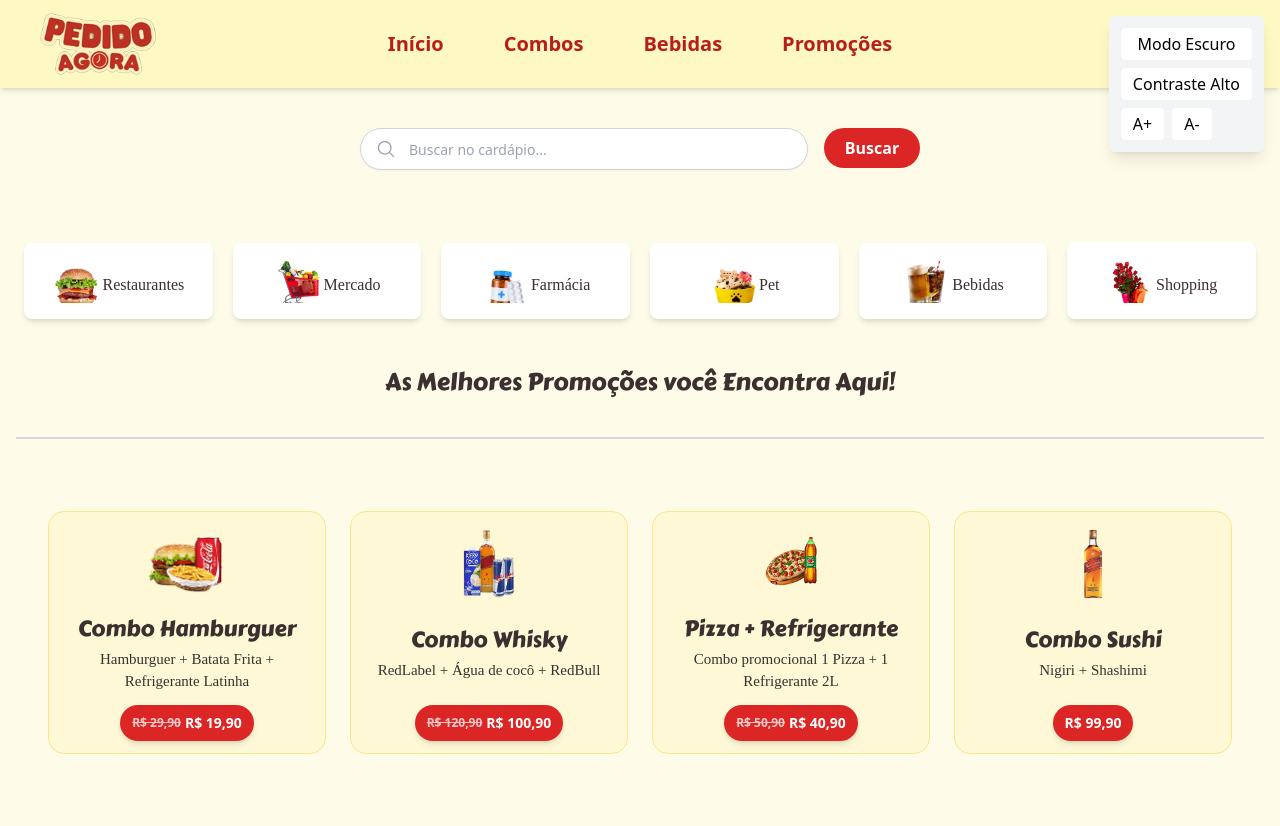
Repository: edufilhocruz/pedidoagora
Page: /pagePromocoes
The author's editor kept a copy of each file at every save. The page is drawn from the files as they stood at one save, then again after a run of saves.
The browser window is 1280 px wide. The pictures show the whole page.
Some web fonts or font styles are not loaded; a fallback is used. The project was rebuilt for these pictures with package versions that can differ from the ones it lists, and the page was loaded fresh each time. The framework's server and built-in components were replaced by stand-ins that run in the browser. Also part of the build but not shown: next.config.mjs, src/components/CardsRestaurantes.jsx.

Above is the page before, as saved 2025-06-21 20:56:43.

### src/app/layout.jsx
import "../app/globals.css";
import ThemeAndAccessibility from "../components/ThemeAndAccessibility";

export const metadata = {
  title: "Pedido Agora",
  description: "Faça seu pedido agora!",
};

export default function RootLayout({ children }) {
  return (
    <html lang="pt-BR" suppressHydrationWarning>
      <head>
        <link
          href="https://fonts.googleapis.com/css2?family=Quicksand:wght@400&family=Carter+One&family=RocknRoll+One&family=Paytone+One&family=Inter:wght@400;700&display=swap"
          rel="stylesheet"
        />
      </head>
      <body className="antialiased bg-yellow-50 text-black dark:bg-gray-900 dark:text-white">
        <ThemeAndAccessibility />
        {children}
      </body>
    </html>
  );
}

### src/app/pagePromocoes/page.jsx
'use client';

import PagePromocoes from '../../components/PagePromocoes/PagePromocoes';
import Header from '../../components/Header';

export default function pagePromocoes(){
    return(
        <main>
            <Header/>
            <PagePromocoes/>
        </main>
    )
}

### src/app/globals.css
@import url("https://fonts.googleapis.com/css2?family=Carter+One&family=Inter:wght@500&family=Lisu+Bosa&family=Paytone+One&family=Quicksand:wght@400;500&family=RocknRoll_One&family=Roboto:wght@500;600&family=Squada+One&display=swap");

@tailwind base;
@tailwind components;
@tailwind utilities;

body {
  margin: 0;
  padding: 0;
}

.login {
  background-image: url("/images/background-pattern.png");
  background-repeat: repeat;
  background-color: #eedd97;
  transition: background-color 0.3s, color 0.3s;
}
.cadastroform {
  background-image: url("/images/background-pattern.png");
  background-repeat: repeat;
  background-color: #eedd97;
  transition: background-color 0.3s, color 0.3s;
}
.space-y-50 > * + * {
  margin-top: 50px;
}

/* Outras personalizações, se necessário */
.focus\:outline-none:focus {
  outline: 2px solid transparent;
}

input[type="range"] {
  -webkit-appearance: none;
  appearance: none;
  height: 12px;
  border-radius: 6px;
  outline: none;
}

input[type="range"]::-webkit-slider-thumb {
  -webkit-appearance: none;
  appearance: none;
  width: 36.48px;
  height: 40.54px;
  background: #ef2a39;
  border: 3px solid #ffffff;
  box-shadow: 0px 2px 25px rgba(255, 153, 0, 0.25);
  border-radius: 4px;
  cursor: pointer;
}

input[type="range"]::-moz-range-thumb {
  width: 36.48px;
  height: 40.54px;
  background: #ef2a39;
  border: 3px solid #ffffff;
  box-shadow: 0px 2px 25px rgba(255, 153, 0, 0.25);
  border-radius: 4px;
  cursor: pointer;
}

.no-scrollbar::-webkit-scrollbar {
  display: none;
}

.no-scrollbar {
  -ms-overflow-style: none;
  scrollbar-width: none;
}

### src/components/ThemeAndAccessibility.jsx
'use client';

import { useEffect, useState } from 'react';

export default function ThemeAndAccessibility() {
  const [isDarkMode, setIsDarkMode] = useState(false);
  const [highContrast, setHighContrast] = useState(false);
  const [fontSize, setFontSize] = useState(100); // em %

  const toggleDarkMode = () => {
    const newMode = !isDarkMode;
    setIsDarkMode(newMode);
    document.documentElement.classList.toggle('dark', newMode);
  };

  const toggleHighContrast = () => {
    const newContrast = !highContrast;
    setHighContrast(newContrast);
    document.documentElement.classList.toggle('high-contrast', newContrast);
  };

  const increaseFontSize = () => {
    const newSize = fontSize + 10;
    setFontSize(newSize);
    document.documentElement.style.fontSize = `${newSize}%`;
  };

  const decreaseFontSize = () => {
    const newSize = Math.max(80, fontSize - 10);
    setFontSize(newSize);
    document.documentElement.style.fontSize = `${newSize}%`;
  };

  // Reset para garantir que a fonte seja aplicada na primeira renderização
  useEffect(() => {
    document.documentElement.style.fontSize = `${fontSize}%`;
  }, [fontSize]);

  return (
    <div className="fixed top-4 right-4 z-50 flex flex-col space-y-2 bg-gray-100 dark:bg-gray-800 p-3 rounded-md shadow-lg">
      <button
        onClick={toggleDarkMode}
        className="bg-white dark:bg-gray-700 text-black dark:text-white px-3 py-1 rounded hover:bg-gray-200 dark:hover:bg-gray-600"
      >
        {isDarkMode ? 'Modo Claro' : 'Modo Escuro'}
      </button>
      <button
        onClick={toggleHighContrast}
        className="bg-white dark:bg-gray-700 text-black dark:text-white px-3 py-1 rounded hover:bg-gray-200 dark:hover:bg-gray-600"
      >
        {highContrast ? 'Contraste Normal' : 'Contraste Alto'}
      </button>
      <div className="flex space-x-2">
        <button
          onClick={increaseFontSize}
          className="bg-white dark:bg-gray-700 text-black dark:text-white px-3 py-1 rounded hover:bg-gray-200 dark:hover:bg-gray-600"
        >
          A+
        </button>
        <button
          onClick={decreaseFontSize}
          className="bg-white dark:bg-gray-700 text-black dark:text-white px-3 py-1 rounded hover:bg-gray-200 dark:hover:bg-gray-600"
        >
          A-
        </button>
      </div>
    </div>
  );
}

### src/components/PagePromocoes/PagePromocoes.jsx
import { MagnifyingGlassIcon } from '@heroicons/react/24/solid';
import Cards from '../CardsRestaurantes';
import CardsPromocoes from '../PagePromocoes/CardsPromocoes';
import SideBarHeader from '../SideBarHeader';

export default function PopularItems() {

  return (
    <section className="max-w-7xl mx-auto px-4 py-10">
      {/* Barra de Pesquisa */}
      <div className="flex justify-center mb-8">
        <div className="relative w-full max-w-md">
          <MagnifyingGlassIcon className="absolute left-4 top-1/2 transform -translate-y-1/2 text-gray-400 w-5 h-5" />
          <input
            type="text"
            placeholder="Buscar no cardápio..."
            className="w-full pl-12 pr-4 py-2 rounded-full border border-gray-300 shadow-sm focus:outline-none focus:ring-2 focus:ring-red-400 focus:border-transparent placeholder:text-sm"
          />

        </div>
        <div className='ml-4'>
          <button className=" w-24 bg-red-600 text-white font-semibold py-2 rounded-full hover:bg-red-700 transition-colors">
            Buscar
          </button>
        </div>
      </div>

      <div className="mt-16">
        <SideBarHeader/>
      </div>

      <div className="mt-10">
        <h2 className="text-[#3C2F2F] font-['Carter_One'] text-[24px] leading-tight text-center mb-10">
          As Melhores Promoções você Encontra Aqui!
        </h2>
        <hr class="my-10 border-t-2 border-gray-300"></hr>
      </div>
      <div className="">
        <CardsPromocoes/>
      </div>
    </section>
  );
}

### src/components/Header.jsx
'use client';
import { useState } from 'react';
import { Bars3Icon } from '@heroicons/react/24/outline';
import Link from 'next/link';
//import ThemeAndAccessibility from './ThemeAndAccessibility';

export default function Header() {
  const [menuOpen, setMenuOpen] = useState(false);
  const toggleMenu = () => setMenuOpen(!menuOpen);

  return (
    <header className="px-6 py-3 bg-yellow-100 shadow-md">
      <div className="relative flex items-center justify-between h-16 mx-auto max-w-7xl">

        {/* Left: Mobile Menu Icon + Logo */}
        <div className="flex items-center space-x-4 lg:flex-1">
          {/* Mobile menu button */}
          <button onClick={toggleMenu} className="block lg:hidden" aria-label="Abrir menu">
            <Bars3Icon className="w-6 h-6 text-red-700" />
          </button>

          {/* Logo (visível sempre) */}
          <Link href="/" className="flex items-center">
            <img
              src="/images/logo.png"
              alt="Pedido Agora"
              className="w-auto h-16"
            />
          </Link>
        </div>

        {/* Center: Desktop Menu */}
        <nav className="hidden lg:flex justify-center items-center space-x-[60px] text-red-700 font-semibold text-xl">
          <a href="/restaurantes">Início</a>
          <a href="/pageCombo">Combos</a>
          <a href="/pageBebidas">Bebidas</a>
          <a href="/pagePromocoes">Promoções</a>
        </nav>

        {/* Right: User Icon */}
        <div className="flex items-center justify-end lg:flex-1">
          <Link href="/login">
          <button className="py-4 font-semibold text-white transition-colors bg-red-600 rounded-md w-28 hover:bg-red-700">
            Entrar
          </button>
          </Link>
          {/* <ThemeAndAccessibility/> */}
        </div>


      </div>

      {/* Mobile dropdown menu */}
      {menuOpen && (
        <div className="flex flex-col mt-4 space-y-2 font-semibold text-center text-red-700 lg:hidden">
          <a href="/restaurantes" onClick={toggleMenu}>Início</a>
          <a href="/pageCombo" onClick={toggleMenu}>Combos</a>
          <a href="/pageBebidas" onClick={toggleMenu}>Bebidas</a>
          <a href="/pagePromocoes" onClick={toggleMenu}>Promoções</a>
        </div>
      )}
    </header>
  );
}

### src/components/PagePromocoes/CardsPromocoes.jsx

import Link from "next/link";


export default function CardsPromocoes(){
    const items = [
   {
        id: "customize-cheeseburger",
        name: "Combo Hamburguer",
        description: "Hamburguer + Batata Frita + Refrigerante Latinha",
        originalPrice: "R$ 29,90",
        discountPrice: "R$ 19,90",
        image: "/images/combo-hamburger.png"
    },
    {
        id:'combo_de_Bebidas',
        name: 'Combo Whisky',
        description: 'RedLabel + Água de cocô + RedBull',
        originalPrice: "R$ 120,90",
        discountPrice: "R$ 100,90",
        image: "/images/comboBebidas.png"
    },
    {
        id:'ComboPizza',
        name: 'Pizza + Refrigerante',
        description: `Combo promocional
        1 Pizza + 1 Refrigerante 2L`,
        originalPrice: "R$ 50,90",
        discountPrice: "R$ 40,90",
        image: "/images/comboPizza.png"
    },
    {
        id: 'combo_de_Sushi',
        name: 'Combo Sushi',
        description: 'Nigiri + Shashimi ',
        price: 'R$ 99,90',
        image: '/images/Whisky.png',
    },
    ];


    return(
        <div className="grid grid-cols-1 sm:grid-cols-2 md:grid-cols-3 lg:grid-cols-4 gap-6 p-4 md:p-8">
    {items.map((item, index) => (
        <div
            key={index}
            className="flex justify-center items-center"
        >
            <div className="flex flex-col items-center p-3 bg-amber-200/20 rounded-2xl border border-amber-200 h-full w-full max-w-xs">
                <img
                src={item.image}
                alt={item.name}
                className="mb-3 w-20 h-20 object-contain"
                width={100}
                height={100}
                />
                <div className="text-center flex-grow flex flex-col justify-center">
                    <h3 className="text-[#3C2F2F] font-['Carter_One'] text-[22px] leading-tight mb-1">
                        {item.name}
                    </h3>
                    <p className="text-[#3C2F2F] font-['RocknRoll_One'] text-[15px]">
                        {item.description}
                    </p>
                </div>
                <div className="mt-3">
                    <Link key={index} href={`/${item.id}`}>
                        <button className="bg-red-600 text-white font-bold py-2 px-3 rounded-full shadow-md text-sm flex items-center justify-center space-x-1">
                            {item.originalPrice && (
                                <span className="line-through opacity-75 text-xs">
                                    {item.originalPrice}
                                </span>
                            )}
                            <span>{item.discountPrice || item.price}</span>
                        </button>
                    </Link>
                </div>
            </div>
        </div>
    ))}
</div>
    )
}

### src/components/SideBarHeader.jsx
'use client';

import Image from 'next/image';

export default function SideBarHeader (){
    const items = [
    {
        nome: 'Restaurantes',
        image: '/images/Restaurantes.png',

    },
    {
        nome: 'Mercado',
        image: '/images/Mercado.png',
    },
    {
        nome: 'Farmácia',
        image: '/images/Farmácia.png',
    },
    {
        nome: 'Pet',
        image:'/images/Pet.png',
    },
    {
        nome: 'Bebidas',
        image: '/images/Bebidas.png',
    },
    {
        nome: 'Shopping',
        image: '/images/Shopping.png',
    }
];
    return(
        <div>
                <div className='p-2 gap-5 grid-cols-2  grid md:grid-cols-3 lg:grid-cols-6 justify-center items-center'>
                    {/* <CardContent className=" gap-5 sm:grid-cols-2 md:grid md:grid-cols-3 lg:grid-cols-6 justify-center items-center"> */}
                    {items.map((item, index)=> (
                        <div
                        key={index}
                        className='m-2 lg:m-0 '>
                            <div className=" flex justify-center items-center  bg-white shadow-md rounded-lg p-4 hover:shadow-lg transition duration-300 delay-50 hover:scale-105">
                                <Image
                                src={item.image}
                                alt={item.nome}
                                width={50}
                                height={50}
                                className=" object-cover rounded-lg"
                                />
                                <p className="text-[#3C2F2F] font-['RocknRoll_One'] text-[16px] text-center mt-2">{item.nome}</p>
                                </div>
                            </div>
                    ))}
                </div>
        </div>
    )
};

### tailwind.config.js
/** @type {import('tailwindcss').Config} */
module.exports = {
  // Configuração do darkMode
  darkMode: ["class"],

  content: [
    './src/pages/**/*.{js,ts,jsx,tsx,mdx}',
    './src/components/**/*.{js,ts,jsx,tsx,mdx}',
    './src/app/**/*.{js,ts,jsx,tsx,mdx}',
  ],
  theme: {
    extend: {
      // Cores que a página de pagamento precisa
      colors: {
        'custom-stone': '#3C2F2F',
        'custom-zinc': '#7D7D7D',
        'custom-red-dark': '#C01E1E',
        'custom-red': '#D62424',
        'custom-red-light': '#EF2A39',
        'custom-gray-light': '#F0F0F0',
        'custom-gray-bg': '#F3F4F6',
        'custom-orange': '#FC8A18',
      },
      // TODAS as fontes
      fontFamily: {
        inter: ['Inter', 'sans-serif'],
        quicksand: ['Quicksand', 'sans-serif'],
        rocknroll: ['RocknRoll_One', 'sans-serif'],
        poppins: ['Poppins', 'sans-serif'],
        roboto: ['Roboto', 'sans-serif'],
        paytone: ['"Paytone One"', 'sans-serif'],
      },
    },
  },
  plugins: [],
};

After the next 2 saves:
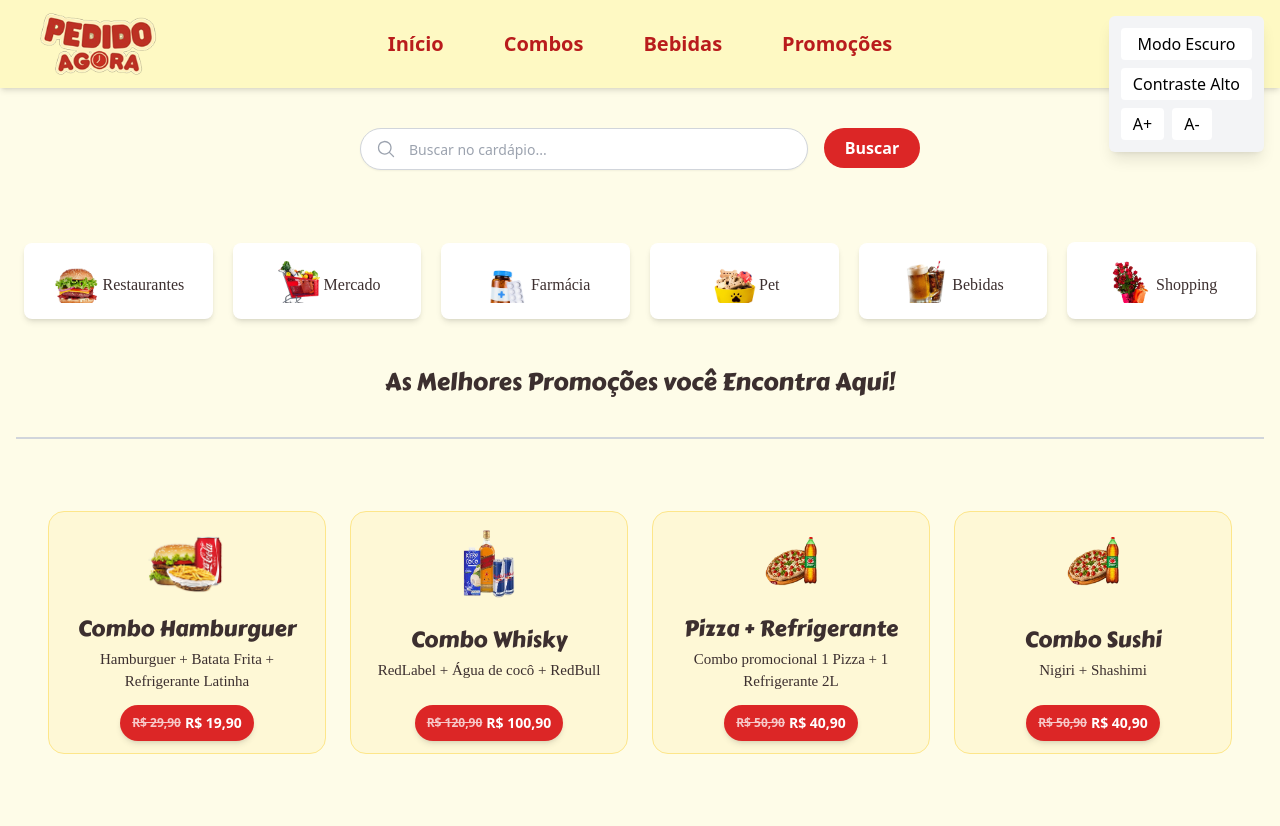
The 2 saves are shown as one change because they came seconds apart.
The last was saved 20 s later.
--- a/src/components/PagePromocoes/CardsPromocoes.jsx
+++ b/src/components/PagePromocoes/CardsPromocoes.jsx
@@ -33,8 +33,9 @@
         id: 'combo_de_Sushi',
         name: 'Combo Sushi',
         description: 'Nigiri + Shashimi ',
-        price: 'R$ 99,90',
-        image: '/images/Whisky.png',
+        originalPrice: "R$ 50,90",
+        discountPrice: "R$ 40,90",
+        image: "/images/comboPizza.png",
     },
     ];
 
